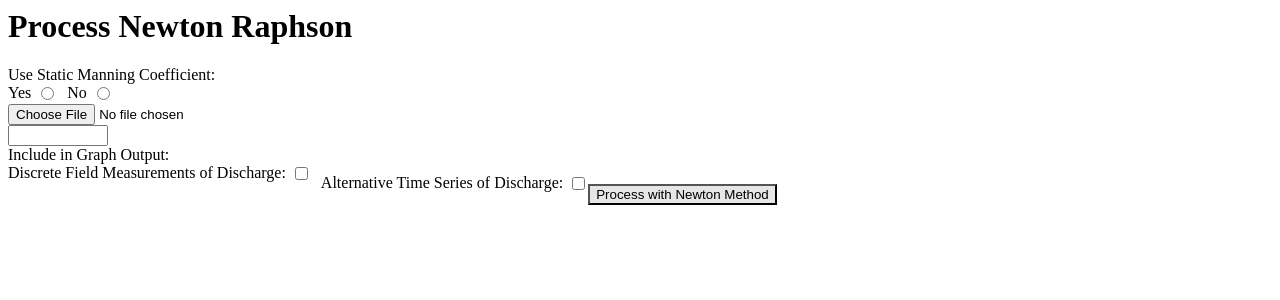
Repository: shape87/FloodAnalysis
Page: FloodAnalysis27/Web/templates/process.html
These files come from the project's save history. The page is drawn as it stood at one moment and after the next save; the edit follows.
The browser window is 1280 px wide. The pictures show the whole page.

Above is the page before, as saved 2017-01-23 15:34:58.

After the next save:
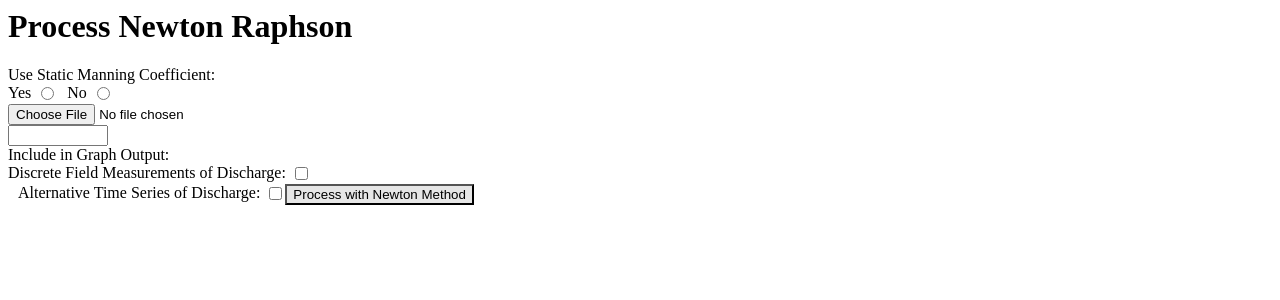
Saved 31 s later.
--- a/FloodAnalysis27/Web/templates/process.html
+++ b/FloodAnalysis27/Web/templates/process.html
@@ -30,7 +30,7 @@
 			  <label style="float:left; margin-right: 5px">Discrete Field Measurements of Discharge:</label>
 			  <input style="float:left" type="checkbox" name="manning" class="manning_radio" id="discrete_output" />
 		  </div>
-		  <div style="height: 10px">
+		  <div style="margin-top: 10px">
 			  <label style="float:left; margin-left: 10px; margin-right: 5px">Alternative Time Series of Discharge:</label>
 			  <input style="float:left" type="checkbox" name="manning" class="manning_radio" id="alt_output" />
 		  </div>
